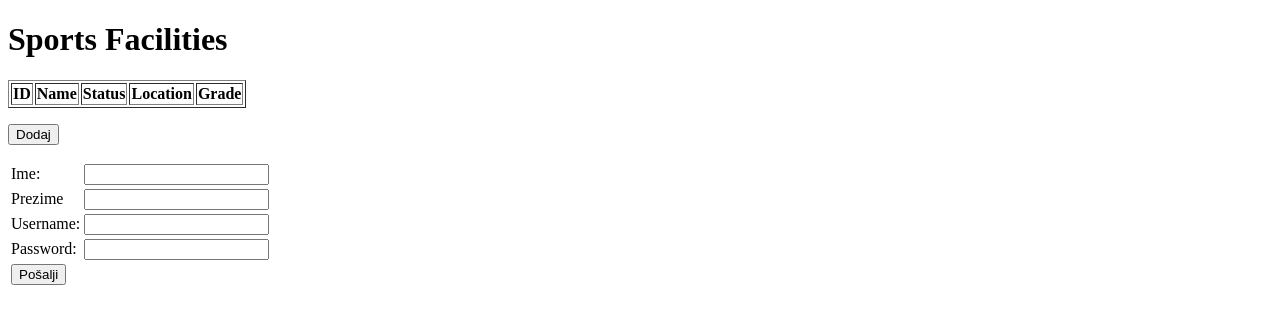
Repository: markovicuros/Fitpass-web
Page: FitnessCenter/WebContent/index.html
The author's editor kept a copy of each file at every save. The page is drawn from the files as they stood at one save, then again after the next save.
The browser window is 1280 px wide. The pictures show the whole page.
The page's requests for data from a server got no answer.

Above is the page before, as saved 2022-06-19 22:23:25.

After the next save:
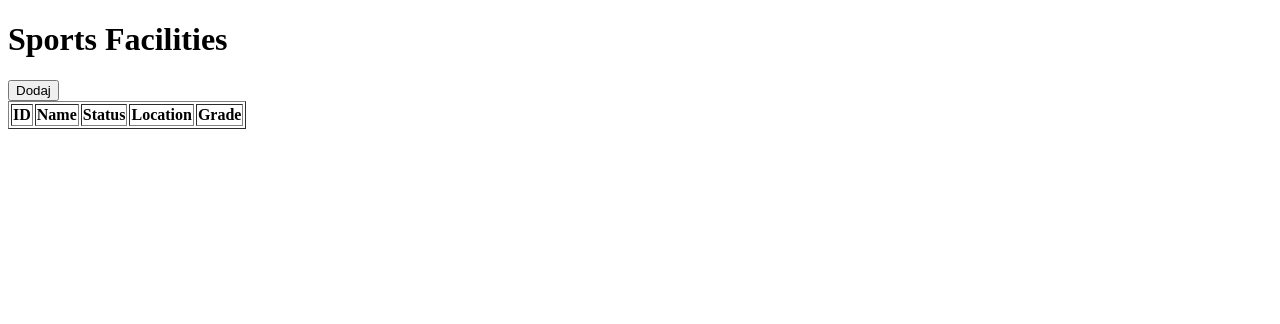
Saved 5 min 0 s later.
--- a/FitnessCenter/WebContent/index.html
+++ b/FitnessCenter/WebContent/index.html
@@ -31,18 +31,8 @@
             <td>{{sf.averageGrade}}</td>
 
         </tr>
-
-
+		<button v-on:click="showForm()">Dodaj</button>
     </table>
-
-    </div>
-     <div class="nav-bar">
-
-
-     <p>
-				<button v-on:click="showForm()">Dodaj</button>
-			</p>
-
 			<form id="forma" @submit="createOrEditProduct" v-bind:hidden="mode=='BROWSE'">
 
 				<table>
